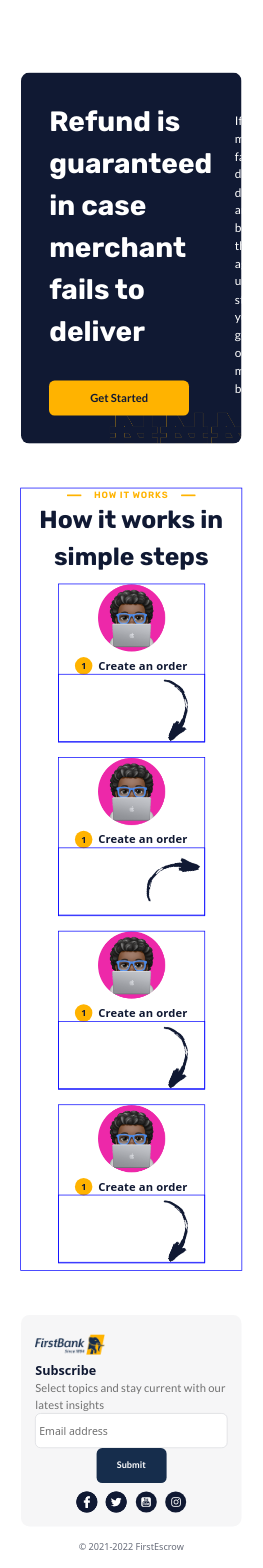
Repository: Pepperest-dev/First_Escrow_Home
Page: index.html
The author's editor kept a copy of each file at every save. The page is drawn from the files as they stood at one save, then again after the next save.
The browser window is 375 px wide. The pictures show the part of the page from y = 2814 to 5054 px (the page is 5054 px tall), at 70% of full size.

Above is the page before, as saved 2021-09-27 12:37:04.

### index.html
<!DOCTYPE html>
<html lang="en">
  <head>
    <meta charset="UTF-8" />
    <meta http-equiv="X-UA-Compatible" content="IE=edge" />
    <meta name="viewport" content="width=device-width, initial-scale=1.0" />
    <link rel="stylesheet" href="Styles/styles.css" />
    <link rel="stylesheet" href="Styles/mobileScreenStyles.css" />
    <link
      href="https://unpkg.com/tailwindcss@^2/dist/tailwind.min.css"
      rel="stylesheet"
    />
    <link
      rel="stylesheet"
      href="https://cdnjs.cloudflare.com/ajax/libs/font-awesome/4.7.0/css/font-awesome.min.css"
    />
    <link rel="preconnect" href="https://fonts.googleapis.com" />
    <link rel="preconnect" href="https://fonts.gstatic.com" crossorigin />
    <link
      href="https://fonts.googleapis.com/css2?family=Lato:wght@100;300;400;700;800&family=Rubik:wght@400;500;600;700&display=swap"
      rel="stylesheet"
    />
    <title>First Escrow</title>
  </head>
  <body>
    <!-- Create a container wrapper to  -->
    <!-- create a container to keep everything contained in a certain width  ##done -->
    <!-- create the Navbar ##Done -->
    <!-- Do the font setup from google fonts  ##Done-->
    <!-- make the navbar responsive  Not done-->
    <!-- create the hero section ##almost -->
    <!-- work on the what can we do or you ssection -->
    <!-- Work on how does first escrow  works-->
    <!-- work on refund is guranteed  section  -->
    <!-- how it works in simple steps section -->
    <!-- work on the footer section -->
    <header class="banner mb-10 overflow-x-hidden overscroll-none">
      <nav
        class="
          h-24
          flex
          justify-between
          items-center
          md:w-11/12 md:p-0
          px-7
          mx-auto
          mb-6
        "
      >
        <a href="/">
          <img
            src="/assets/imgs/firstBank_logo.png"
            alt="First Bank Logo"
            class="BrandLogo cursor-pointer"
          />
        </a>

        <ul class="md:flex hidden w-2/12 h-full justify-between items-center">
          <li class="loginLink"><a href="#">Logo</a></li>
          <li>
            <button class="getStartedBtn hover:drop-shadow-xl">
              Get Started
            </button>
          </li>
        </ul>

        <div id="hambugger" class="hambugger cursor-pointer md:hidden">
          <i id="menuToggler" class="fa fa-2x fa-bars"></i>
        </div>
      </nav>

      <main class="md:w-11/12 mb-3 md:p-0 px-7 mx-auto">
        <article>
          <p
            class="
              text-center
              mx-auto
              flex
              justify-around
              items-center
              firstEscrow
            "
          >
            First Escrow
          </p>
          <h1 class="mainTitle text-center mx-auto">
            Buy & Sell With <span class="">Ease</span>
            <img
              src="/assets/icons/bigEaseElipses.png"
              alt="elipses"
              class="elipses"
            />
          </h1>
          <p class="contentDescription mx-auto">
            FirstEscrow helps you ensure that what you ordered and what was
            delivered are the same before the seller gets paid. And if the item
            is different, you get your
            <span class="greenMoneyText">money back</span> in record time!
          </p>
          <form
            class="
              my-5
              mx-auto
              flex
              justify-between
              items-center
              cursor-pointer
              bannerInputField
            "
          >
            <input
              type="text"
              class="h-full"
              placeholder="Enter your email address"
            />
            <button
              type="submit"
              class="getStartedBtn z-10 hover:drop-shadow-xl"
            >
              Get Started
            </button>
          </form>
        </article>
        <img
          src="/assets/imgs/dashboardMockup.png"
          class="dashboardImg cursor-pointer mx-auto"
          alt="dashboard mockup"
        />
      </main>
    </header>
    <div class="wrapper">
      <section
        class="
          mt-10
          w-11/12
          mx-auto
          overflow-x-hidden
          gap-x-8
          items-center
          flex
          justify-between
          flex-wrap-reverse
          md:flex-nowrap
        "
      >
        <div class="">
          <img
            class="object-contain"
            src="/assets/imgs/bagAndCard.png"
            alt="bag and card"
          />
        </div>
        <div class="">
          <p
            class="text-left flex justify-start items-center yellowFirstEscrow"
          >
            First Escrow
          </p>

          <h1 class="mainTitle">What can you do with FirstEscrow?</h1>

          <ul id="FirstEscrowCanDo"></ul>
          <button class="getStartedBtn hover:drop-shadow-xl my-5">
            Get Started Now
          </button>
        </div>
      </section>
    </div>
    <div class="wrapper">
      <section class="mt-10 mb-5 w-11/12 mx-auto overflow-x-hidden">
        <p
          class="
            text-center
            mx-auto
            flex
            justify-around
            items-center
            secondYellowFirstEscrow
          "
        >
          Safeguard Your Money
        </p>

        <h3 class="text-center protectTitle">
          How does FirstEscrow protect my money?
        </h3>
        <p class="contentDescription mx-auto">
          FirstEscrow does this in
          <span class="yellowText">3 easy steps</span>
        </p>

        <div
          id="threeBoxes"
          class="flex justify-evenly flex-wrap items-center my-5"
        ></div>
      </section>
    </div>

    <div class="wrapper">
      <section
        class="
          mt-16
          refundSection
          mb-5
          w-11/12
          mx-auto
          overflow-x-hidden
          p-10
          gap-x-8
        "
      >
        <div class="flex flex-col items center h-full justify-around titleSide">
          <h1 class="text-white refundSectionTitle">
            Refund is guaranteed in case merchant fails to deliver
          </h1>

          <button
            type="submit"
            class="yellowGetStartedBtn mt-10 hover:drop-shadow-xl"
          >
            Get Started
          </button>
        </div>
        <div class="h-full w-3/5">
          <p class="refundSectionTextContent mt-4 mr-5 md:mr-0">
            If merchant fails to deliver or delivers an item below the agreed
            upon standard, you will get 100% of your money back!
          </p>
        </div>
      </section>
    </div>

    <div class="wrapper">
      <section class="mt-16 mb-5 w-11/12 mx-auto overflow-x-hidden outline">
        <p
          class="
            text-center
            mx-auto
            flex
            justify-around
            items-center
            howItWorksYellow
          "
        >
          How it works
        </p>

        <h3 class="text-center protectTitle">How it works in simple steps</h3>

        <main
          class="
            flex
            md:w-10/12
            mx-auto
            justify-evenly
            items-center
            flex-wrap
            gap-x-8
          "
        >
          <div class="fourBoxes my-3 h-56 w-52 outline">
            <div class="flex flex-col items-center mx-auto">
              <img
                class="w-24"
                src="/assets/imgs/pinkAvatar.png"
                alt="purple avatar"
              />
              <div class="flex mt-2">
                <span class="AvatarYellowNumber mr-2 md:mr-0">1</span>
                <p class="AvatarTitle">Create an order</p>
              </div>
            </div>
            <div class="flex justify-end outline items-center">
              <img
                src="/assets/icons/arrowBottom.png"
                alt="arrow bottom"
                class="h-28 hidden md:block w-28"
              />
              <img
                src="/assets/icons/arrowTop.png"
                alt="arrow bottom"
                class="h-24 block faceRightDown md:hidden w-24"
              />
            </div>
          </div>
          <div class="fourBoxes my-3 h-56 w-52 outline">
            <div class="flex flex-col items-center mx-auto">
              <img
                class="w-24"
                src="/assets/imgs/pinkAvatar.png"
                alt="purple avatar"
              />
              <div class="flex mt-2">
                <span class="AvatarYellowNumber mr-2 md:mr-0">1</span>
                <p class="AvatarTitle">Create an order</p>
              </div>
            </div>
            <div class="flex justify-end outline items-center">
              <img
                src="/assets/icons/arrowBottom.png"
                alt="arrow bottom"
                class="h-28 hidden md:block w-28"
              />
              <img
                src="/assets/icons/arrowTop.png"
                alt="arrow bottom"
                class="h-24 block faceLeftDown md:hidden w-24"
              />
            </div>
          </div>
          <div class="fourBoxes my-3 h-56 w-52 outline">
            <div class="flex flex-col items-center mx-auto">
              <img
                class="w-24"
                src="/assets/imgs/pinkAvatar.png"
                alt="purple avatar"
              />
              <div class="flex mt-2">
                <span class="AvatarYellowNumber mr-2 md:mr-0">1</span>
                <p class="AvatarTitle">Create an order</p>
              </div>
            </div>
            <div class="flex justify-end outline items-center">
              <img
                src="/assets/icons/arrowBottom.png"
                alt="arrow bottom"
                class="h-28 hidden md:block w-28"
              />
              <img
                src="/assets/icons/arrowTop.png"
                alt="arrow bottom"
                class="h-24 block faceRightDown md:hidden w-24"
              />
            </div>
          </div>
          <div class="fourBoxes my-3 h-56 w-52 outline">
            <div class="flex flex-col items-center mx-auto">
              <img
                class="w-24"
                src="/assets/imgs/pinkAvatar.png"
                alt="purple avatar"
              />
              <div class="flex mt-2">
                <span class="AvatarYellowNumber mr-2 md:mr-0">1</span>
                <p class="AvatarTitle">Create an order</p>
              </div>
            </div>
            <div class="flex justify-end outline items-center">
              <img
                src="/assets/icons/arrowBottom.png"
                alt="arrow bottom"
                class="h-28 hidden md:block w-28"
              />
              <img
                src="/assets/icons/arrowTop.png"
                alt="arrow bottom"
                class="h-24 block faceRightDown md:hidden w-24"
              />
            </div>
          </div>
        </main>
      </section>
    </div>

    <footer class="wrapper">
      <section
        class="
          mt-16
          footerSection
          mb-5
          w-11/12
          mx-auto
          gap-x-8
          items-end
          flex
          justify-between
          flex-wrap
          md:flex-nowrap
          py-5
          px-5
          md:px-10
        "
      >
        <div
          class="
            w-full
            md:w-6/12
            flex flex-col
            justify-between
            items-start
            foooterBoxHeight
            h-full
          "
        >
          <a href="/">
            <img
              src="/assets/imgs/firstBank_logo.png"
              alt="First Bank Logo"
              class="BrandLogo cursor-pointer"
            />
          </a>

          <p class="footerTitle">Subscribe</p>
          <p class="footerTextContent">
            Select topics and stay current with our latest insights
          </p>

          <form
            action=""
            class="footerForm flex-wrap w-full md:min-w-8/12 md:w-9/12"
          >
            <input
              placeholder="Email address"
              class="flex flex-1 footerInput md:mr-3"
              type="text"
            />
            <button class="getStartedBtn hover:drop-shadow-xl mx-auto md:mx-0">
              Submit
            </button>
          </form>
        </div>
        <div class="w-4/6 mx-auto md:mx-0 md:w-3/12 h-full">
          <div class="flex h-full mt-3 md:mt-0 justify-evenly">
            <a href="#" class="footerSocialIcon">
              <img
                src="/assets/imgs/fb_logo.png"
                class="w-8"
                alt="facebook logo"
              />
            </a>
            <a href="#" class="footerSocialIcon">
              <img
                src="/assets/imgs/twt_logo.png"
                class="w-8"
                alt="facebook logo"
              />
            </a>
            <a href="#" class="footerSocialIcon">
              <i class="fa text-white fa-youtube-square"></i>
            </a>
            <a href="#" class="footerSocialIcon">
              <i class="fa text-white fa-instagram"></i>
            </a>
          </div>
        </div>
      </section>
    </footer>

    <footer class="wrapper mb-5">
      <p class="text-center footerDate">© 2021-2022 FirstEscrow</p>
    </footer>
    <script src="Js/app.js"></script>
  </body>
</html>

### Styles/styles.css
* {
  margin: 0;
  padding: 0;
  border: 0;
  font-size: 16px;
  text-decoration: none;
  font: inherit;
  box-sizing: border-box;
}

/* Colors varable declaration */
:root {
  --whiteBgColor: #ffffff;
  --BtnBgColor: #162d4c;
  --lightBlueColor: #0093c9;
  --yellowPrimaryColor: #ffb300;
  --boxesTextColor: #707070;
  --darkBlueTextColor: #101933;
  --bannerTextColor: #707585;
  --lightGreenColor: #28a745;
  --inputFieldBorderColor: #d8dade;
  --footerBackgroundColor: #f6f6f7;
  --footerTextColor: #040c22;
  --latoFontFamily: "Lato", sans-serif;
  --rubikFontFamily: "Rubik", sans-serif;
  --arialFontFamily: "Arial", sans-serif;
}
.wrapper {
  margin-right: auto;
  margin-left: auto;
  max-width: 1440px;
  padding-right: 2rem;
  padding-left: 2rem;
  width: 100%;
  background-color: var(--whiteBgColor);
}

.banner {
  background-image: url(../assets/imgs/overlayBackground.png);
  background-position: center;
  background-repeat: no-repeat;
  background-size: cover;
  object-fit: cover;
}
.dashboardImg {
  width: 100%;
  height: auto;
  overflow-x: hidden;
}

.contentContainer {
}

.BrandLogo {
  width: 150px;
  object-fit: contain;
  height: 45px;
}

.outline {
  outline: 1px solid blue;
}

.loginLink {
  font: normal normal 600 16px/19px Lato;
  letter-spacing: 0.32px;
  font-family: var(--latoFontFamily);
  font-style: normal;
  font-weight: 600;
  color: var(--darkBlueTextColor);
}

.loginLink:hover {
  opacity: 0.8;
  transition: all ease-in-out 350ms;
}

.getStartedBtn {
  border-radius: 8px;
  background-color: var(--BtnBgColor);
  min-width: 100px;
  padding: 0 1.2rem;
  height: 50px;
  color: var(--whiteBgColor);
  font-family: var(--latoFontFamily);
  text-align: center;
  font-size: 13px;
  font-weight: 800;
}

.getStartedBtn:hover {
  opacity: 0.8;
  transition: all ease-in-out 350ms;
}

.yellowGetStartedBtn {
  border-radius: 8px;
  background-color: var(--yellowPrimaryColor);
  min-width: 100px;
  width: 200px;
  padding: 0 1.2rem;
  height: 50px;
  color: var(--darkBlueTextColor);
  font-family: var(--latoFontFamily);
  text-align: center;
  font-size: 16px;
  font-weight: 700;
}

.yellowGetStartedBtn:hover {
  opacity: 0.8;
  transition: all ease-in-out 350ms;
}

.yellowFirstEscrow {
  letter-spacing: 1.2px;
  color: var(--yellowPrimaryColor);
  text-transform: uppercase;
  font-family: var(--rubikFontFamily);
  font-size: 13px;
  font-weight: 600;
  width: 150px;
}

.yellowFirstEscrow::before {
  content: "";
  display: flex;
  width: 20px;
  border: 1px solid var(--yellowPrimaryColor);
  background-color: var(--yellowPrimaryColor);
  margin-right: 10px;
}

.howItWorksYellow {
  letter-spacing: 1.2px;
  color: var(--yellowPrimaryColor);
  text-transform: uppercase;
  font-family: var(--rubikFontFamily);
  font-size: 13px;
  font-weight: 600;
  width: 200px;
}

.howItWorksYellow::before {
  content: "";
  display: flex;
  width: 20px;
  border: 1px solid var(--yellowPrimaryColor);
  background-color: var(--yellowPrimaryColor);
}
.howItWorksYellow::after {
  content: "";
  display: flex;
  width: 20px;
  border: 1px solid var(--yellowPrimaryColor);
  background-color: var(--yellowPrimaryColor);
}
.secondYellowFirstEscrow {
  letter-spacing: 1.2px;
  color: var(--yellowPrimaryColor);
  text-transform: uppercase;
  font-family: var(--rubikFontFamily);
  font-size: 13px;
  font-weight: 600;
  width: 263px;
}

.secondYellowFirstEscrow::before {
  content: "";
  display: flex;
  width: 20px;
  border: 1px solid var(--yellowPrimaryColor);
  background-color: var(--yellowPrimaryColor);
}
.secondYellowFirstEscrow::after {
  content: "";
  display: flex;
  width: 20px;
  border: 1px solid var(--yellowPrimaryColor);
  background-color: var(--yellowPrimaryColor);
}

.firstEscrow {
  letter-spacing: 1.2px;
  color: var(--BtnBgColor);
  text-transform: uppercase;
  font-family: var(--rubikFontFamily);
  font-size: 13px;
  font-weight: 600;
  width: 180px;
}

.firstEscrow::before {
  content: "";
  display: flex;
  width: 20px;
  border: 1px solid var(--lightBlueColor);
  background-color: var(--lightBlueColor);
}
.firstEscrow::after {
  content: "";
  display: flex;
  width: 20px;
  background-color: var(--lightBlueColor);
  border: 1px solid var(--lightBlueColor);
}
.mainTitle {
  color: var(--darkBlueTextColor);
  font-family: var(--arialFontFamily);
  font-weight: 700;
  font-size: 2.8rem;
  max-width: 600px;
  position: relative;
}

.elipses {
  position: absolute;
  width: 150px;
  top: -11px;
  right: 10%;
}

.contentDescription {
  color: var(--bannerTextColor);
  font-family: var(--latoFontFamily);
  font-weight: 600;
  font-size: 15px;
  text-align: center;
  max-width: 650px;
}

.greenMoneyText {
  color: var(--lightGreenColor);
}

.bannerInputField {
  width: 390px;
  height: 60px;
  border: 1px solid var(--inputFieldBorderColor);
  border-radius: 12px;
  background: var(--whiteBgColor);
  padding: 8px 6px 8px 8px;
}

.bannerInputField input[type="text"] {
  border: none;
  font-family: var(--latoFontFamily);
  font-size: 16px;
  color: var(--bannerTextColor);
  flex: 0.9;
  font-weight: 600;
  outline: none;
}

.bannerInputField input[type="text"]::placeholder {
  font-family: var(--latoFontFamily);
  font-size: 14px;
  font-weight: 600;
  color: var(--bannerTextColor);
}

#FirstEscrowCanDo li {
  color: var(--boxesTextColor);
  letter-spacing: 0.18px;
  text-align: left;
  font-weight: normal;
  font-size: 15px;
}

.protectTitle {
  color: var(--darkBlueTextColor);
  letter-spacing: 0;
  font-family: var(--rubikFontFamily);
  font-weight: bold;
  font-size: 2.2rem;
}
.yellowText {
  color: var(--yellowPrimaryColor);
}
.box {
  width: 280px;
  height: 248px;
  border-radius: 12px;
  background-repeat: no-repeat;
  background-position: center;
  background-size: contain;
  display: flex;
  flex-direction: column;
  align-items: center;
  justify-content: space-evenly;
  padding: 10px;
}

.boxImage {
  width: 90px;
  background-color: transparent;
}

.boxTitle {
  color: var(--darkBlueTextColor);
  letter-spacing: 0;
  font-family: var(--rubikFontFamily);
  text-align: center;
  font-size: 18px;
  font-weight: 700;
}

.boxTextContent {
  text-align: center;
  color: var(--boxesTextColor);
  font-size: 13px;
  font-weight: 600;
  width: 95%;
}

.refundSection {
  background-color: var(--darkBlueTextColor);
  border-radius: 12px;
  background-image: url(/assets/imgs/NairaOverlayBg.png);
  background-repeat: no-repeat;
  background-size: contain;
  background-position: bottom;
  object-fit: cover;
  display: flex;
  justify-content: space-between;
  align-items: start;
  min-height: 300px;
}

.refundSectionTextContent {
  text-align: left;
  font: normal normal medium 24px/40px Lato;
  font-size: 17px;
  font-weight: mdium;
  font-family: var(--latoFontFamily);
  letter-spacing: 0.19px;
  color: #ffffff;
}

.refundSectionTitle {
  color: var(--whiteBgColor);
  font-size: 2.5rem;
  font-weight: bold;
  font-family: var(--rubikFontFamily);
}
.titleSide {
}

.footerSection {
  background-color: var(--footerBackgroundColor);
  border-radius: 12px;
  object-fit: cover;
  min-height: 250px;
  max-height: 100%;
}

.footerSocialIcon {
  height: 30px;
  width: 30px;
  background-color: var(--darkBlueTextColor);
  border-radius: 50%;
  display: grid;
  place-items: center;
  transition: transform 200ms ease-in-out;
}

.footerSocialIcon:hover {
  transform: scale(0.8);
}

.footerDate {
  color: var(--footerTextColor);
  height: 19px;
  font-family: (--rubikFontFamily);
  font-size: 13px;
  font-weight: normal;
  opacity: 0.6;
}

.foooterBoxHeight {
  /* height: 100px !important; */
  min-height: 200px;
}
.border {
  border: 2px solid red;
}

.footerTitle {
  color: var(--darkBlueTextColor);
  font-size: 18px;
  font-weight: bold;
}

.footerTextContent {
  color: var(--boxesTextColor);
  letter-spacing: 0.14px;
  font-weight: medium;
  font-family: var(--latoFontFamily);
}

.footerForm {
  display: flex;
  justify-content: space-between;
  align-items: center;
}

.footerInput {
  height: 50px;
  padding: 0.3rem;
  border-radius: 8px;
  border: 1px solid var(--inputFieldBorderColor);
  color: var(--boxesTextColor);
  font-weight: medium;
  font-size: 15px;
  outline: none;
}

.footerInput::placeholder {
  color: var(--boxesTextColor);
  font-weight: normal;
  font-size: 15px;
}

.AvatarYellowNumber {
  background-color: var(--yellowPrimaryColor);
  color: var(--darkBlueTextColor);
  font-weight: bold;
  height: 25px;
  width: 25px;
  border-radius: 50%;
  display: grid;
  place-items: center;
  font-size: 13px;
}

.AvatarTitle {
  color: var(--darkBlueTextColor);
  font-weight: bold;
  font-size: 16px;
  text-align: center;
  letter-spacing: 0.17px;
}

### Styles/mobileScreenStyles.css
@media screen and (max-width: 600px) {
  .banner {
    background-size: contain;
  }
  .dashboardImg {
    width: 500px;
    height: auto;
  }

  .BrandLogo {
    width: 100px;
  }

  .toggle {
    transition: opacity ease-in-out;
  }

  .elipses {
    position: absolute;
    width: 150px;
    top: 40%;
    right: 9%;
  }

  .wrapper {
    margin-right: auto;
    margin-left: auto;
    padding-right: 1rem;
    padding-left: 1rem;
    width: 100%;
  }

  .faceRightDown {
    transform: rotate(99deg);
  }
  .faceLeftDown {
    transform: rotate(340deg);
  }
}

### Js/app.js
const escrow = {
  firstEscrowList: [
    {
      icon: "/assets/icons/greenChecked.png",
      text: "Pay for goods/services bought online and offline",
    },
    {
      icon: "/assets/icons/greenChecked.png",
      text: "Receive payments from customers without having an online store",
    },
    {
      icon: "/assets/icons/greenChecked.png",
      text: "Receive card/bank account payments from visitors to your social media pages (on Instagram and Facebook)",
    },
    {
      icon: "/assets/icons/greenChecked.png",
      text: "Get a free online store (with bank/card payment and reports dashboard included)",
    },
  ],
  threeBoxContent: [
    {
      imgUrl: "/assets/imgs/parcelBox.png",
      bgImgUrl: "/assets/imgs/darkGreenCardBg.png",
      boxTitle: "We verify the product",
      boxTextContent:
        "All items being purchased must be documented with specific details (colour, size, delivery date, sample photo) which the seller must consent to.",
    },
    {
      imgUrl: "/assets/imgs/moneyBag.png",
      bgImgUrl: "/assets/imgs/yellowCardBg.png",
      boxTitle: "We protect your funds",
      boxTextContent:
        "All money paid is held in trust by FirstEscrow until the buyer has confirmed satisfaction with items delivered.",
    },
    {
      imgUrl: "/assets/imgs/greenShield.png",
      bgImgUrl: "/assets/imgs/lightGreenCardBg.png",
      boxTitle: "Describe the items",
      boxTextContent:
        "We only release money based on the instruction of the buyer. If the item does not meet the agreed expectation, the buyer has the right to stop release of funds to the seller.",
    },
  ],
};
Object.freeze(escrow);
document.addEventListener(
  "DomContentLoaded",
  (function () {
    console.log(escrow, "escrow, content");
    const { firstEscrowList, threeBoxContent } = escrow;
    const hambugger = document.querySelector("#hambugger");
    const menu = document.querySelector("#menuToggler");
    const escrowCanDo = document.querySelector("#FirstEscrowCanDo");
    const threeBoxes = document.querySelector("#threeBoxes");

    let returnedList = firstEscrowList
      .map(
        (list) =>
          `<li class="flex items-start my-3 justify-start"><img  src=${list.icon} alt="checked icon" class="mr-5 h-6 w-6" /> ${list.text}</li>`
      )
      .join(" ");

    escrowCanDo.innerHTML = returnedList;

    let boxesHtml = threeBoxContent
      .map(
        ({ imgUrl, bgImgUrl, boxTextContent, boxTitle }) => `<div
            style="background-image: url(${bgImgUrl})"
            class="box my-5 md:my-0 hover:shadow-xl duration-150 transition-shadow transition-shadow"
          >
            <div class="boxImage">
              <img src=${imgUrl} alt="Box Image" srcset="" />
            </div>
            <p class="boxTitle">${boxTitle}</p>
            <p class="boxTextContent">
             ${boxTextContent}
            </p>
          </div>`
      )
      .join("");

    threeBoxes.innerHTML = boxesHtml;

    hambugger.addEventListener("click", () => {
      if (menu.classList.contains("fa-bars")) {
        menu.classList.remove("fa-bars");
        menu.classList.add("fa-times");
      } else if (menu.classList.contains("fa-times")) {
        menu.classList.remove("fa-times");
        menu.classList.add("fa-bars");
      }
      hambugger.classList.toggle("toggle");
    });
  })()
);

After the next save:
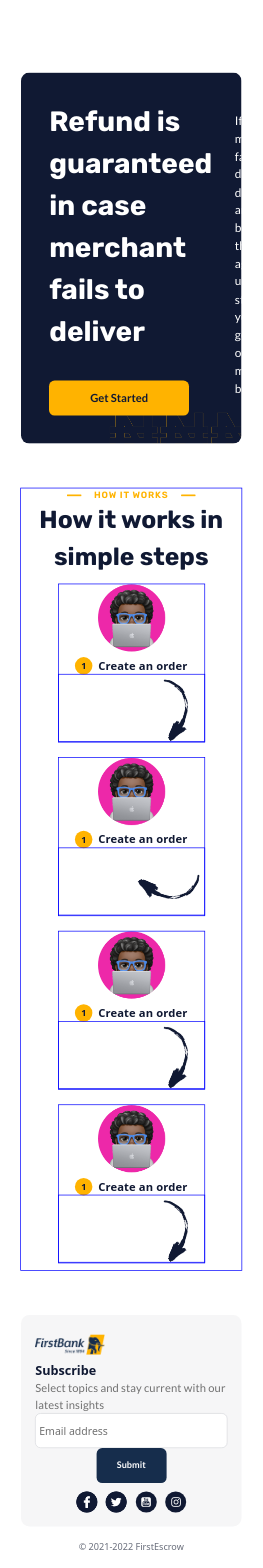
Saved 19 s later.
--- a/Styles/mobileScreenStyles.css
+++ b/Styles/mobileScreenStyles.css
@@ -34,6 +34,6 @@
     transform: rotate(99deg);
   }
   .faceLeftDown {
-    transform: rotate(340deg);
+    transform: rotate(189deg);
   }
 }
